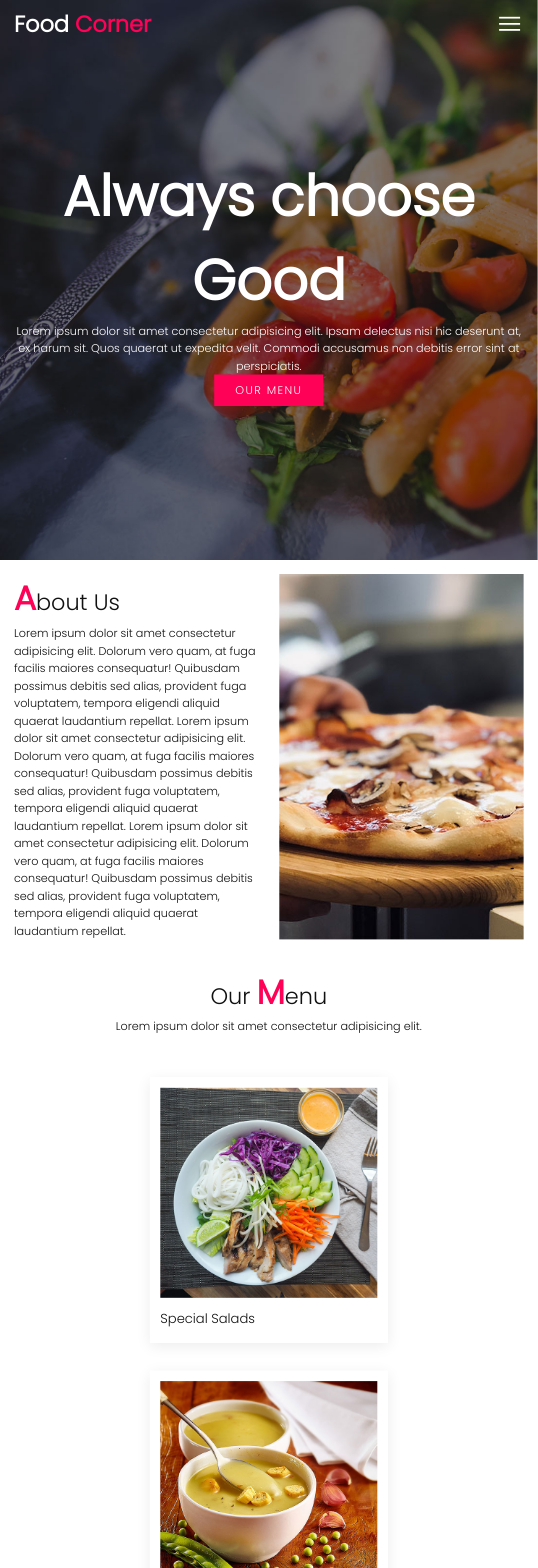
Repository: Adriandias1997/MobileFriendly_FoodWebsite
Page: index.html
An editor plug-in stored every save of this project. The page is shown before and after the next save, followed by the edit.
The browser window is 768 px wide. The pictures show the part of the page from y = 0 to 2240 px (the page is 7194 px tall), at 70% of full size.

Above is the page before, as saved 2020-10-16 20:06:55.

### index.html
<!DOCTYPE html>
<html lang="en">

<head>
    <meta charset="UTF-8">
    <meta name="viewport" content="width=device-width, initial-scale=1.0">
    <title>Food</title>
    <link rel="stylesheet" href="style.css">
</head>

<body>
    <header>
        <a href="#" class="logo">Food <span>Corner</span></a>
        <div class="menuToggle" onclick="toggleMenu();"></div>
        <ul class="navigation">
            <li><a href="#banner">Home</a></li>
            <li><a href="#about">About Us</a></li>
            <li><a href="#menu">Menu</a></li>
            <li><a href="#expert">Expert</a></li>
            <li><a href="#testimonials">Testimonials</a></li>
            <li><a href="#contact">Contact</a></li>
        </ul>

    </header>
    <section class="banner" id="banner">
        <div class="content">
            <h2>Always choose Good</h2>
            <p>Lorem ipsum dolor sit amet consectetur adipisicing elit. Ipsam delectus nisi hic deserunt at, ex harum sit. Quos quaerat ut expedita velit. Commodi accusamus non debitis error sint at perspiciatis.</p>

            <a href="#" class="btn">Our Menu</a>
        </div>
    </section>

    <section class="about" id="about">
        <div class="row">
            <div class="col50">
                <h2 class="titleText"><span>A</span>bout Us</h2>
                <p>Lorem ipsum dolor sit amet consectetur adipisicing elit. Dolorum vero quam, at fuga facilis maiores consequatur! Quibusdam possimus debitis sed alias, provident fuga voluptatem, tempora eligendi aliquid quaerat laudantium repellat. Lorem
                    ipsum dolor sit amet consectetur adipisicing elit. Dolorum vero quam, at fuga facilis maiores consequatur! Quibusdam possimus debitis sed alias, provident fuga voluptatem, tempora eligendi aliquid quaerat laudantium repellat. Lorem
                    ipsum dolor sit amet consectetur adipisicing elit. Dolorum vero quam, at fuga facilis maiores consequatur! Quibusdam possimus debitis sed alias, provident fuga voluptatem, tempora eligendi aliquid quaerat laudantium repellat.
                </p>
            </div>
            <div class="col50">
                <div class="imgBx">
                    <img src="./Images/img1.jpg" alt="">
                </div>
            </div>
        </div>
    </section>

    <section class="menu" id="menu">
        <div class="title">
            <h2 class="titleText">Our <span>M</span>enu</h2>
            <p>Lorem ipsum dolor sit amet consectetur adipisicing elit.
            </p>
        </div>
        <div class="content">
            <div class="box">
                <div class="imgBx">
                    <img src="Images/menu1.jpg" alt="">
                </div>
                <div class="text">
                    <h3>Special Salads</h3>
                </div>
            </div>
            <div class="box">
                <div class="imgBx">
                    <img src="Images/menu2.jpg" alt="">
                </div>
                <div class="text">
                    <h3>Special Soups</h3>
                </div>
            </div>
            <div class="box">
                <div class="imgBx">
                    <img src="Images/menu3.jpg" alt="">
                </div>
                <div class="text">
                    <h3>Special Pasta</h3>
                </div>
            </div>
            <div class="box">
                <div class="imgBx">
                    <img src="Images/menu4.jpg" alt="">
                </div>
                <div class="text">
                    <h3>Special Salads</h3>
                </div>
            </div>
            <div class="box">
                <div class="imgBx">
                    <img src="Images/menu5.jpg" alt="">
                </div>
                <div class="text">
                    <h3>Special Soups</h3>
                </div>
            </div>
            <div class="box">
                <div class="imgBx">
                    <img src="Images/menu6.jpg" alt="">
                </div>
                <div class="text">
                    <h3>Special Salads</h3>
                </div>
            </div>
        </div>
        <div class="title">
            <a href="#" class="btn">
                View All
            </a>
        </div>
    </section>
    <section class="expert" id="expert">
        <div class="title">
            <h2 class="titleText">Our Kitchen <span>E</span>xpert</h2>
            <p>Lorem ipsum dolor sit amet consectetur adipisicing elit.
            </p>
        </div>
        <div class="content">
            <div class="box">
                <div class="imgBx">
                    <img src="Images/expert1.jpg" alt="">
                </div>
                <div class="text">
                    <h3>Tyler Brook</h3>
                </div>
            </div>
            <div class="box">
                <div class="imgBx">
                    <img src="Images/expert2.jpg" alt="">
                </div>
                <div class="text">
                    <h3>Dino Blok</h3>
                </div>
            </div>
            <div class="box">
                <div class="imgBx">
                    <img src="Images/expert3.jpg" alt="">
                </div>
                <div class="text">
                    <h3>Melanie Sasha</h3>
                </div>
            </div>
            <div class="box">
                <div class="imgBx">
                    <img src="Images/expert4.jpg" alt="">
                </div>
                <div class="text">
                    <h3>Bevon Gomez</h3>
                </div>
            </div>
        </div>
    </section>

    <section class="testimonials" id="testimonials">
        <div class="title white">
            <h2 class="titleText">They <span>S</span>aid about Us</h2>
            <p>Lorem ipsum dolor sit amet consectetur adipisicing elit.
            </p>
        </div>
        <div class="content">
            <div class="box">

                <div class="imgBx">
                    <img src="Images/testi1.jpg" alt="">
                </div>
                <div class="text">
                    <p>Lorem ipsum dolor sit amet consectetur adipisicing elit. Ipsam delectus nisi hic deserunt at, ex harum sit. Quos quaerat ut expedita velit. Commodi accusamus non debitis error sint at perspiciatis.
                    </p>
                    <h3>Christina Dias</h3>
                </div>
            </div>
            <div class="box">

                <div class="imgBx">
                    <img src="Images/testi2.jpg" alt="">
                </div>
                <div class="text">
                    <p>Lorem ipsum dolor sit amet consectetur adipisicing elit. Ipsam delectus nisi hic deserunt at, ex harum sit. Quos quaerat ut expedita velit. Commodi accusamus non debitis error sint at perspiciatis.
                    </p>
                    <h3>Charlie Walker</h3>
                </div>
            </div>
            <div class="box">

                <div class="imgBx">
                    <img src="Images/testi3.jpg" alt="">
                </div>
                <div class="text">
                    <p>Lorem ipsum dolor sit amet consectetur adipisicing elit. Ipsam delectus nisi hic deserunt at, ex harum sit. Quos quaerat ut expedita velit. Commodi accusamus non debitis error sint at perspiciatis.
                    </p>
                    <h3>Maya Jensen</h3>
                </div>
            </div>
        </div>
    </section>

    <section class="contact" id="contact">
        <div class="title">
            <h2 class="titleText"><span>C</span>ontact Us</h2>
            <p>Lorem ipsum dolor sit amet consectetur adipisicing elit.
            </p>
        </div>
        <div class="contactForm">
            <h3>Send Message</h3>
            <div class="inputBox">
                <input type="text" placeholder="Name">
            </div>
            <div class="inputBox">
                <input type="text" placeholder="Email">
            </div>
            <div class="inputBox">
                <textarea placeholder="Say Something"></textarea>

                <div class="inputBox">
                    <input type="submit" value="send">
                </div>

            </div>
    </section>
    <div class="copyrightText">
        <p>Copyright 2020 <a href="#">Adrian Dias</a>. All Right Reserved</p>

    </div>
    <script src="index.js"></script>
</body>

</html>

### style.css
            @import url("https://fonts.googleapis.com/css2?family=Poppins:wght@300&display=swap");
            * {
                margin: 0;
                padding: 0;
                box-sizing: border-box;
                font-family: "Poppins", sans-serif;
                scroll-behavior: smooth;
            }

            p {
                font-weight: 300;
                color: #111;
            }
            /* body {
    min-height: 1000px;
} */

            .banner {
                position: relative;
                width: 100%;
                min-height: 100vh;
                display: flex;
                justify-content: center;
                align-items: center;
                background: url(./Images/bg.jpg);
                background-size: cover;
            }

            .banner .content {
                max-width: 900px;
                text-align: center;
            }

            .banner .content h2 {
                font-size: 5em;
                color: #fff;
            }

            .banner .content p {
                font-size: 1em;
                color: #fff;
            }

            .btn {
                font-size: 1em;
                color: #fff;
                background: #ff0157;
                display: inline-block;
                padding: 10px 30px;
                text-transform: uppercase;
                text-decoration: none;
                letter-spacing: 2px;
                transition: 0.5s;
            }

            .btn:hover {
                background-color: #fff;
                color: #ff0157;
                letter-spacing: 6px;
            }

            header {
                position: fixed;
                top: 0;
                left: 0;
                width: 100%;
                padding: 40px 100px;
                z-index: 10000;
                display: flex;
                justify-content: space-between;
                align-items: center;
                transition: 0.5s;
            }

            header.sticky {
                background: #fff;
                padding: 10px 100px;
                box-shadow: 0 5px 20px rgba(0, 0, 0, 0.05);
            }

            header .logo {
                color: #fff;
                font-weight: 700;
                text-decoration: none;
                font-size: 2em;
            }

            header.sticky .logo {
                color: #111;
            }

            header .logo span {
                color: #ff0157;
            }

            header .navigation {
                position: relative;
                display: flex;
            }

            header .navigation li {
                list-style: none;
                margin-left: 30px;
            }

            header .navigation li a {
                text-decoration: none;
                color: #fff;
                font-weight: 300;
            }

            header.sticky .navigation li a {
                color: #111;
                font-weight: 300;
            }

            header .navigation li a:hover {
                color: #ff0157;
            }

            section {
                padding: 100px;
            }

            .row {
                position: relative;
                width: 100%;
                display: flex;
                justify-content: space-between;
            }

            .row .col50 {
                position: relative;
                width: 48%;
            }

            .titleText {
                color: #111;
                font-size: 2em;
                font-weight: 400;
            }

            .titleText span {
                color: #ff0157;
                font-size: 1.5em;
                font-weight: 700;
            }

            .row .col50 .imgBx {
                position: relative;
                width: 100%;
                height: 100%;
                /* min-height: 300px; */
            }

            .row .col50 .imgBx img {
                position: relative;
                top: 0;
                left: 0;
                width: 100%;
                height: 100%;
                object-fit: cover;
            }

            .title {
                width: 100%;
                display: flex;
                justify-content: center;
                align-items: center;
                flex-direction: column;
            }

            .menu .content {
                display: flex;
                justify-content: center;
                flex-direction: row-reverse;
                flex-wrap: wrap;
                margin-top: 40px;
            }

            .menu .content .box {
                width: 340px;
                margin: 20px;
                border: 15px solid #fff;
                box-shadow: 0 5px 20px rgba(0, 0, 0, 0.08);
            }

            .menu .content .box .imgBx {
                position: relative;
                width: 100%;
                height: 300px;
            }

            .menu .content .box .imgBx img {
                position: absolute;
                top: 0;
                left: 0;
                width: 100%;
                height: 100%;
                object-fit: cover;
            }

            .menu .content .box .text {
                padding: 15px 0 5px;
            }

            .menu .content .box .text h3 {
                font-weight: 400;
                color: #111;
            }

            .expert .content {
                display: flex;
                justify-content: center;
                align-items: center;
                flex-wrap: wrap;
                flex-direction: row;
                margin-top: 40px;
            }

            .expert .content .box {
                width: 250px;
                margin: 15px;
            }

            .expert .content .box .imgBx {
                position: relative;
                width: 100%;
                height: 300px;
            }

            .expert .content .box .imgBx img {
                position: absolute;
                top: 0;
                left: 0;
                width: 100%;
                height: 100%;
                object-fit: cover;
            }

            .expert .content .box .text {
                padding: 15px 0 5px;
            }

            .expert .content .box .text h3 {
                font-weight: 400;
                color: #111;
            }

            .testimonials {
                background: url(./Images/bg2.jpg);
                background-size: cover;
            }

            .white .titleText,
            .white p {
                color: #fff;
            }

            .testimonials .content {
                display: flex;
                justify-content: center;
                flex-wrap: wrap;
                flex-direction: row;
                margin-top: 40px;
            }

            .testimonials .content .box {
                width: 340px;
                margin: 20px;
                padding: 40px;
                background: #fff;
                display: flex;
                justify-content: center;
                align-items: center;
                flex-direction: column;
            }

            .testimonials .content .box .imgBx {
                position: relative;
                width: 80px;
                height: 80px;
                margin-bottom: 20px;
                border-radius: 50%;
                overflow: hidden;
            }

            .testimonials .content .box .imgBx img {
                position: absolute;
                top: 0;
                left: 0;
                width: 100%;
                height: 100%;
                object-fit: cover;
            }

            .testimonials .content .box .text {
                text-align: center;
            }

            .testimonials .content .box .text p {
                color: #666;
                font-style: italic;
                font-size: 15px;
            }

            .testimonials .content .box .text h3 {
                margin-top: 20px;
                color: #ff0157;
                font-size: 1em;
                font-weight: 600;
            }

            .contact {
                background: url(./Images/bg3.jpg);
                background-size: cover;
            }

            .contactForm {
                padding: 75px 50px;
                background: #fff;
                box-shadow: 0 15px 50px rgba(0, 0, 0, 0.1);
                max-width: 500px;
                margin-top: 50px;
            }

            .contactForm h3 {
                color: #111;
                font-size: 1.2em;
                margin-bottom: 20px;
                font-weight: 500;
            }

            .contactForm .inputBox {
                position: relative;
                width: 100%;
                margin-bottom: 20px;
            }

            .contactForm .inputBox input,
            .contactForm .inputBox textarea {
                width: 100%;
                border: 1px solid #555;
                padding: 10px;
                color: #111;
                outline: none;
                font-size: 16px;
                font-weight: 300;
                resize: none;
            }

            .contactForm .inputBox input[type='submit'] {
                font-size: 1em;
                color: #fff;
                background: #ff0157;
                display: inline-block;
                text-transform: uppercase;
                text-decoration: none;
                letter-spacing: 2px;
                transition: 0.5s;
                max-width: 100px;
                font-weight: 500;
                border: none;
                cursor: pointer;
            }

            .copyrightText {
                padding: 8px 40px;
                border-top: 1px solid rgba(0, 0, 0, 0.1);
                text-align: center;
            }

            .copyrightText p {
                color: #333;
            }

            .copyrightText a {
                color: #ff0157;
                font-weight: 500;
                text-decoration: none;
            }

            @media(max-width:991px) {
                header,
                header.sticky {
                    padding: 10px 20px;
                }
                header .navigation {
                    display: none;
                }
                header .navigation.active {
                    width: 100%;
                    height: calc(100% - 68px);
                    position: fixed;
                    top: 68px;
                    left: 0;
                    display: flex;
                    justify-content: center;
                    align-items: center;
                    flex-direction: column;
                    background: #fff;
                }
                header .navigation li {
                    margin-left: 0;
                }
                header .navigation li a {
                    color: #111;
                    font-size: 1.6em;
                }
                .menuToggle {
                    position: relative;
                    width: 40px;
                    height: 40px;
                    background: url(./Images/menu.png);
                    background-size: 30px;
                    background-repeat: no-repeat;
                    background-position: center;
                    cursor: pointer;
                }
                .menuToggle.active {
                    background: url(./Images/close.png);
                    background-size: 25px;
                    background-repeat: no-repeat;
                    background-position: center;
                }
                header.sticky .menuToggle {
                    filter: invert(1);
                }
                section {
                    padding: 20px;
                }
            }

### index.js
window.addEventListener('scroll', function() {
    const header = document.querySelector('header');
    header.classList.toggle('sticky', window.scrollY > 0);
});

function toggleMenu() {
    const menuToggle = document.querySelector('.menuToggle');
    const navigation = document.querySelector('.navigation');
    menuToggle.classList.toggle('active');
    navigation.classList.toggle('active');

}

After the next save:
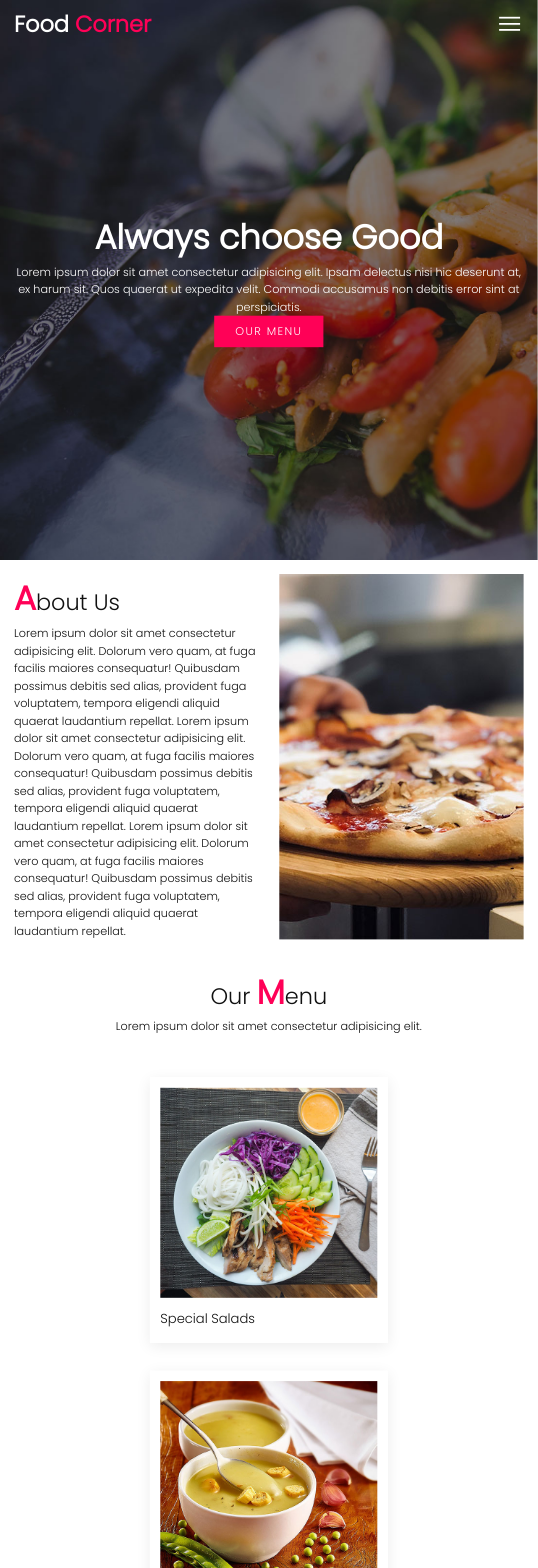
Saved 41 s later.
--- a/style.css
+++ b/style.css
@@ -429,4 +429,7 @@
                 section {
                     padding: 20px;
                 }
-            }
+                .banner .content h2 {
+                    font-size: 3em;
+                }
+            }
